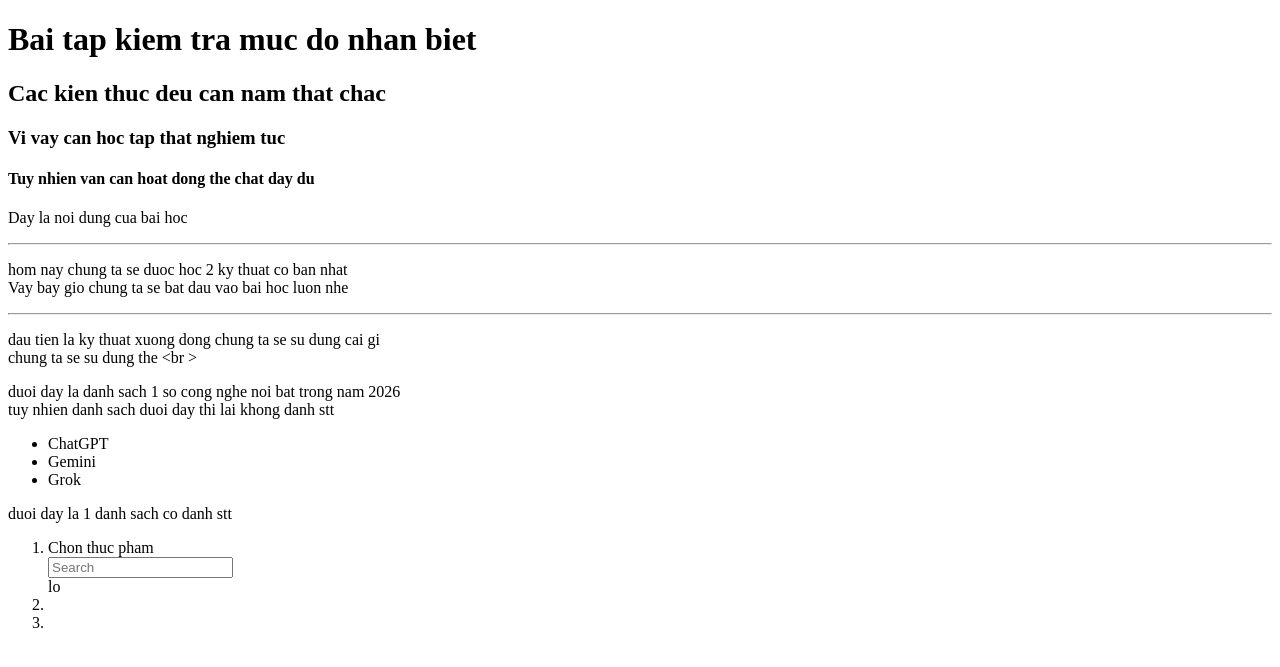
Repository: bachphamudu/my-tech-docs
Page: index.html
The author's editor kept a copy of each file at every save. The page is drawn from the files as they stood at one save, then again after the next save.
The browser window is 1280 px wide. The pictures show the whole page.

Above is the page before, as saved 2026-10-17 09:20:46.

After the next save:
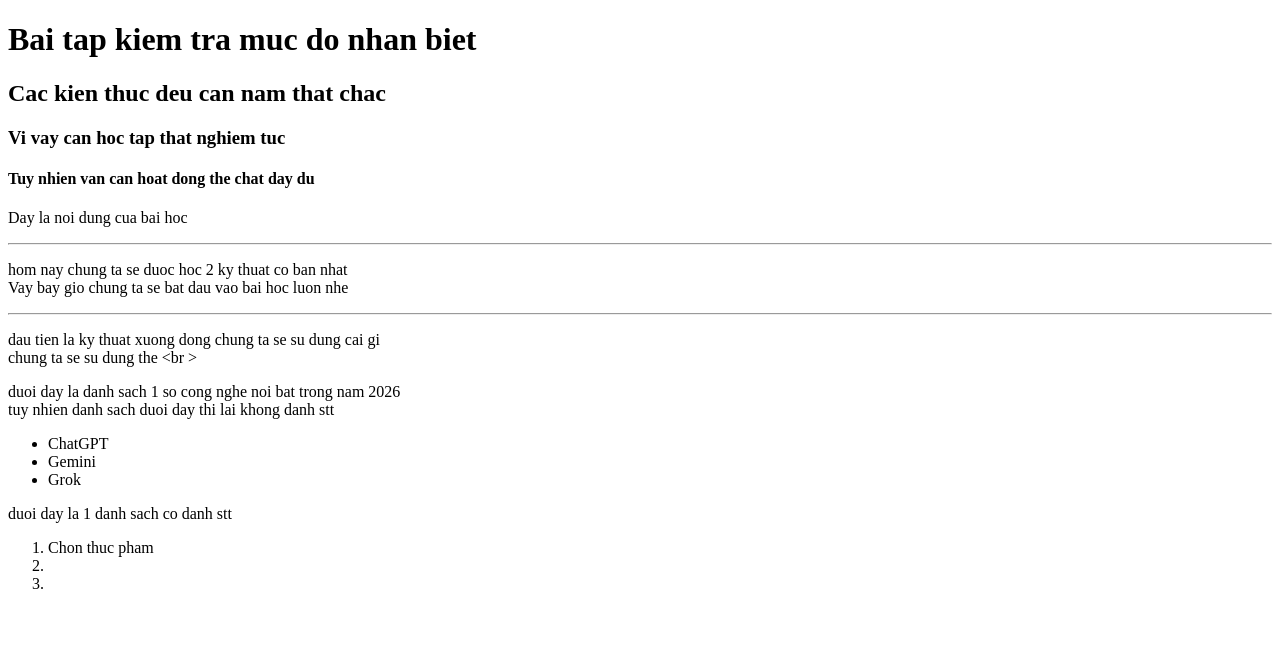
Saved 10 s later.
--- a/index.html
+++ b/index.html
@@ -26,12 +26,9 @@
     </ul>
     <p>duoi day la 1 danh sach co danh stt</p>
     <ol>
-        <li>Chon thuc pham <div class="search">
-          <div class="search-icon"></div>
-          <div class="search-field">
-            <input type="text" class="search-input" placeholder="Search">
-          </div>
-        </div>lo</li>
+        <li>Chon thuc pham
+
+        </li>
         <li></li>
         <li></li>
     </ol>
